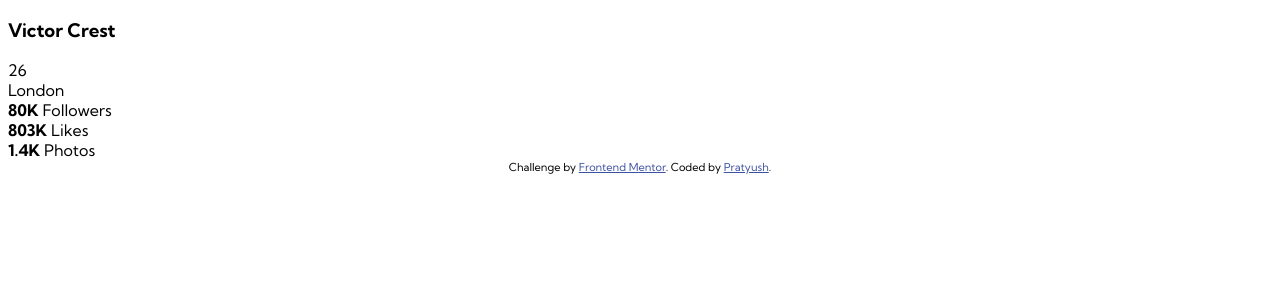
Repository: PratypartyY2K/frontendmentor-challenges
Page: profile-card-component-main/index.html
An editor plug-in stored every save of this project. The page is shown before and after the next save, followed by the edit.
The browser window is 1280 px wide. The pictures show the whole page.

Above is the page before, as saved 2021-07-15 12:54:48.

After the next save:
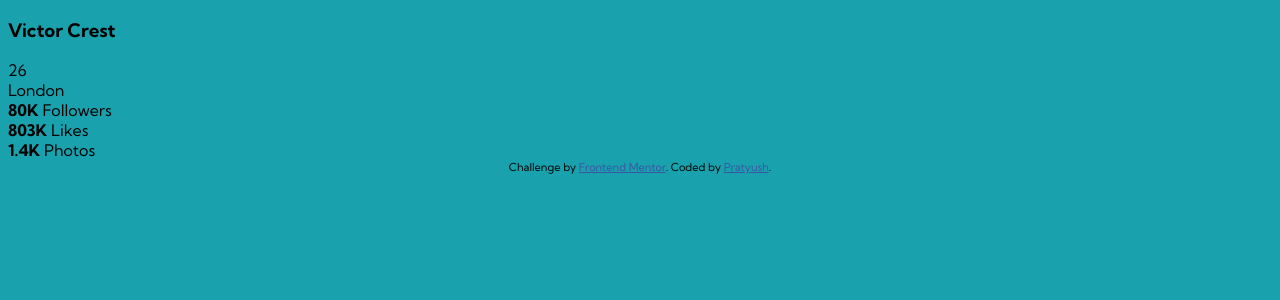
Saved 2 min 16 s later.
--- a/profile-card-component-main/style.css
+++ b/profile-card-component-main/style.css
@@ -9,7 +9,11 @@
 
 body {
   font-family: "Kumbh Sans", sans-serif;
+  position: relative;
+  background-color: var(--primary-cyan);
 }
+
+
 
 .attribution {
   font-size: 11px;
